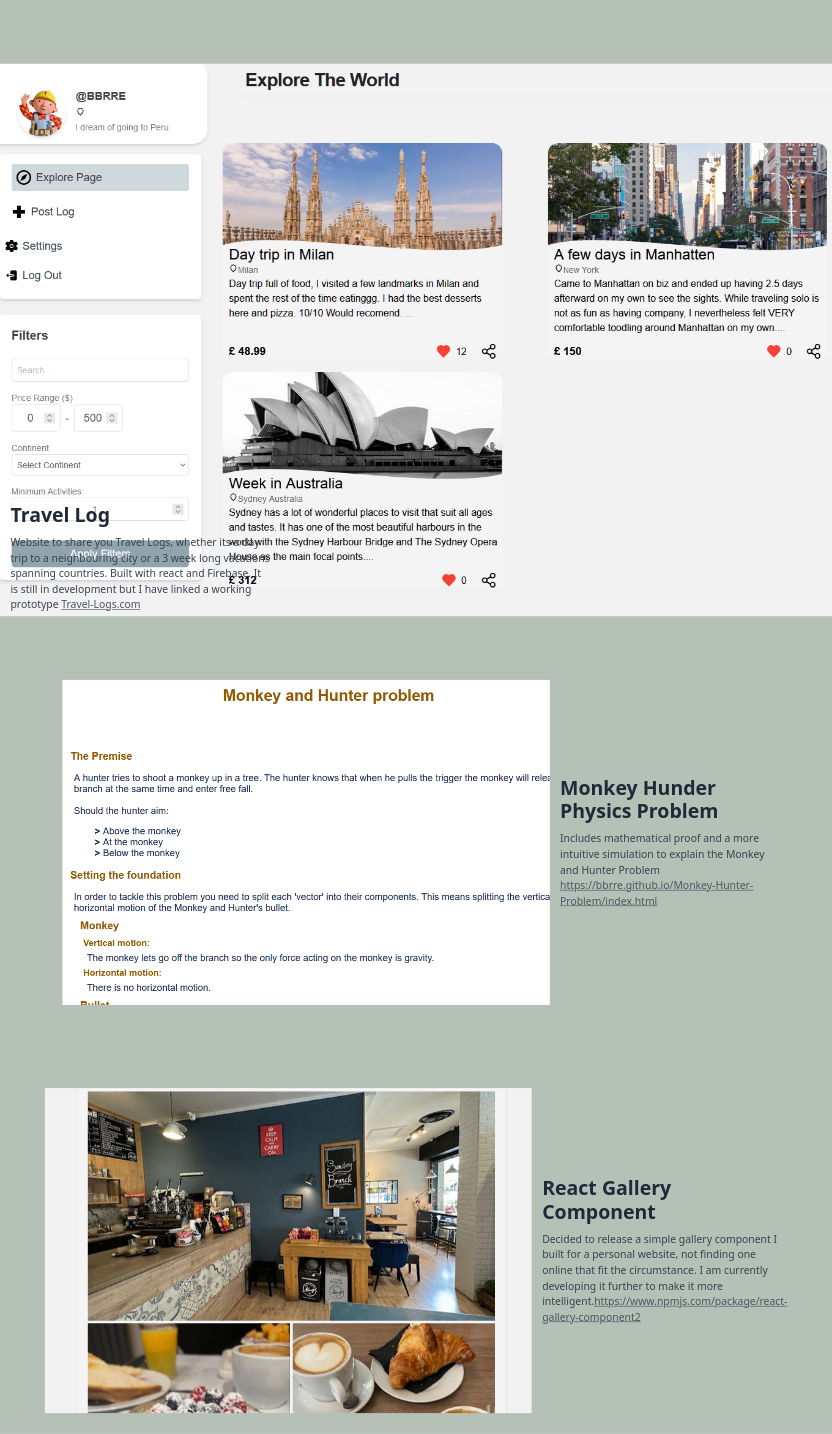
Repository: BBRRE/Portfolio-V2
Page: /#/Computer-Sci
These files come from the project's save history. The page is drawn as it stood at one moment and after the next save; the edit follows.
The browser window is 1280 px wide. The pictures show the whole page, at 65% of full size.
Some web fonts or font styles are not loaded; a fallback is used. The project was rebuilt for these pictures with package versions that can differ from the ones it lists, and the page was loaded fresh each time. Also part of the build but not shown: vite.config.js, src/Subjects/Archi.jsx, src/Subjects/EEng.jsx, src/Subjects/Other.jsx, src/Projects Overview.jsx, src/HomePage.jsx, src/ErrorBoundary.jsx.

Above is the page before, as saved 2024-11-29 09:00:32.

### index.html
<!doctype html>
<html lang="en">
  <head>
    <meta charset="UTF-8" />
    <link rel="icon" type="image/svg+xml" href="src\assets\letter-bb.svg" />
    <link href="https://fonts.googleapis.com/css2?family=Inconsolata&family=Italiana&family=Hubballi&family=Julius+Sans+One&display=swap" rel="stylesheet">
    <link rel="preconnect" href="https://fonts.googleapis.com" />
<link rel="preconnect" href="https://fonts.gstatic.com" crossorigin />
<link
  rel="stylesheet"
  href="https://fonts.googleapis.com/css2?family=Roboto:wght@300;400;500;700&display=swap"
/>
<link
  rel="stylesheet"
  href="https://fonts.googleapis.com/icon?family=Material+Icons"
/>

    <meta name="viewport" content="width=device-width, initial-scale=1.0" />
    <title>Bilaal Bare</title>
  </head>
  <body>
    <div id="root"></div>
    <script type="module" src="/src/main.jsx"></script>
  </body>
</html>

### src/main.jsx
import React from 'react'
import ReactDOM from 'react-dom/client'
import App from './App'
import ErrorBoundary from './ErrorBoundary'
import './index.css'

ReactDOM.createRoot(document.getElementById('root')).render(
  <React.StrictMode>
    <ErrorBoundary>
      <App />
    </ErrorBoundary>
  </React.StrictMode>
)

### src/App.jsx
import { HashRouter as Router, Routes, Route } from 'react-router-dom';
import Archi from './Subjects/Archi.jsx'
import CompSci from './Subjects/CompSci.jsx'
import EEng from './Subjects/EEng.jsx'
import Other from './Subjects/Other.jsx'
import { HomePage } from './HomePage'
import { useState, useEffect } from 'react'

function App() {
  useEffect(() => {
    console.log('App component mounted')
  }, [])

  return (
    <Router>
        <Routes>
          <Route path="/" element={<HomePage />} />
          <Route path="/Architecture" element={<Archi />} />
          <Route path="/Electronic-Eng" element={<EEng />} />
          <Route path="/Computer-Sci" element={<CompSci />} />
          <Route path="/Other" element={<Other />} />
        </Routes>
    </Router>
  )
}

export default App

### src/index.css
@tailwind base;
@tailwind components;
@tailwind utilities;

@layer utilities {
  .bg-dot-pattern {
    background-image: radial-gradient(circle, rgba(0, 0, 0, 0.2) 1px, transparent 1px);
    background-size: 50px 50px; /* Adjust the spacing here */
  }
}

### src/Subjects/CompSci.jsx
import React from 'react'
import cs from '../assets/aaaa.png'
import ph from '../assets/Monkey.png'
import tr from '../assets/tra.png'

const CompSci = () => {
  return (
    <div className='bg-[#B5C0B7] w-full h-auto min-h-screen grid grid-cols-1'>
      <div className='relative flex md:flex-row flex-col justify-center align-middle mx-auto mt-24'>
        <img src={cs} />
        <div className="absolute left-0 bottom-2 flex flex-col ml-4 gap-3 justify-center">
          <h2 className=" text-left text-xl md:text-2xl lg:text-3xl font-semibold text-gray-800">
            Travel Log
          </h2>
          <p className="text-gray-700 text-sm md:text-base leading-relaxed max-w-[400px]">
            Website to share you Travel Logs, whether its a day trip to a neighbouring city or a 3 week long vacations spanning countries. Built with react
            and Firebase. It is still in development but I have linked a working prototype <a href="https://Travel-Logs.com/" className='underline text-gray-600'>Travel-Logs.com</a>
          </p>
        </div>
      </div>

      <div className='flex md:flex-row flex-col justify-center align-middle w-[85%] h-[500px] mx-auto mt-24 mb-8'>
        <img src={ph} />
        <div className="flex flex-col ml-4 gap-3 justify-center">
          <h2 className=" text-left text-xl md:text-2xl lg:text-3xl font-semibold text-gray-800">
            Monkey Hunder Physics Problem
          </h2>
          <p className="text-gray-700 text-sm md:text-base leading-relaxed max-w-[400px]">
            Includes mathematical proof and a more intuitive simulation to explain the Monkey and Hunter Problem  <a href="https://bbrre.github.io/Monkey-Hunter-Problem/index.html" className='underline text-gray-600'>https://bbrre.github.io/Monkey-Hunter-Problem/index.html</a>
          </p>
        </div>
      </div>

      <div className='flex md:flex-row flex-col justify-center align-middle w-[85%] h-[500px] mx-auto mt-24 mb-8'>
        <img src={tr} />
        <div className="flex flex-col ml-4 gap-3 justify-center">
          <h2 className=" text-left text-xl md:text-2xl lg:text-3xl font-semibold text-gray-800">
            React Gallery Component
          </h2>
          <p className="text-gray-700 text-sm md:text-base leading-relaxed max-w-[400px]">
            Decided to release a simple gallery component I built for a personal website, not finding one online that fit the circumstance. I am currently developing it further to make it more intelligent.<a href="https://www.npmjs.com/package/react-gallery-component2" className='underline text-gray-600'>https://www.npmjs.com/package/react-gallery-component2</a>
          </p>
        </div>
      </div>

    </div>
  )
}

export default CompSci

### tailwind.config.js
/** @type {import('tailwindcss').Config} */
export default {
    darkMode: ["class"],
    content: ["index.css",
  "./src/**/*.{js,ts,jsx,tsx}",],
  theme: {
  	extend: {
  		backgroundImage: {
  			noise: "url('/src/assets/nnnoise.svg')",
  			undulate: "url('/src/assets/uuundulate.svg')"
  		},
  		fontFamily: {
  			inconsolata: ['Inconsolata', 'monospace'],
  			italiana: ['Italiana', 'serif'],
  			hubballi: ['Hubballi', 'cursive'],
  			julius: ['Julius Sans One"', 'sans-serif']
  		},
      keyframes: {
        fadeIn: {
          '0%': { opacity: '0' },
          '100%': { opacity: '1' },
        },
      }
  	}
  }
}

After the next save:
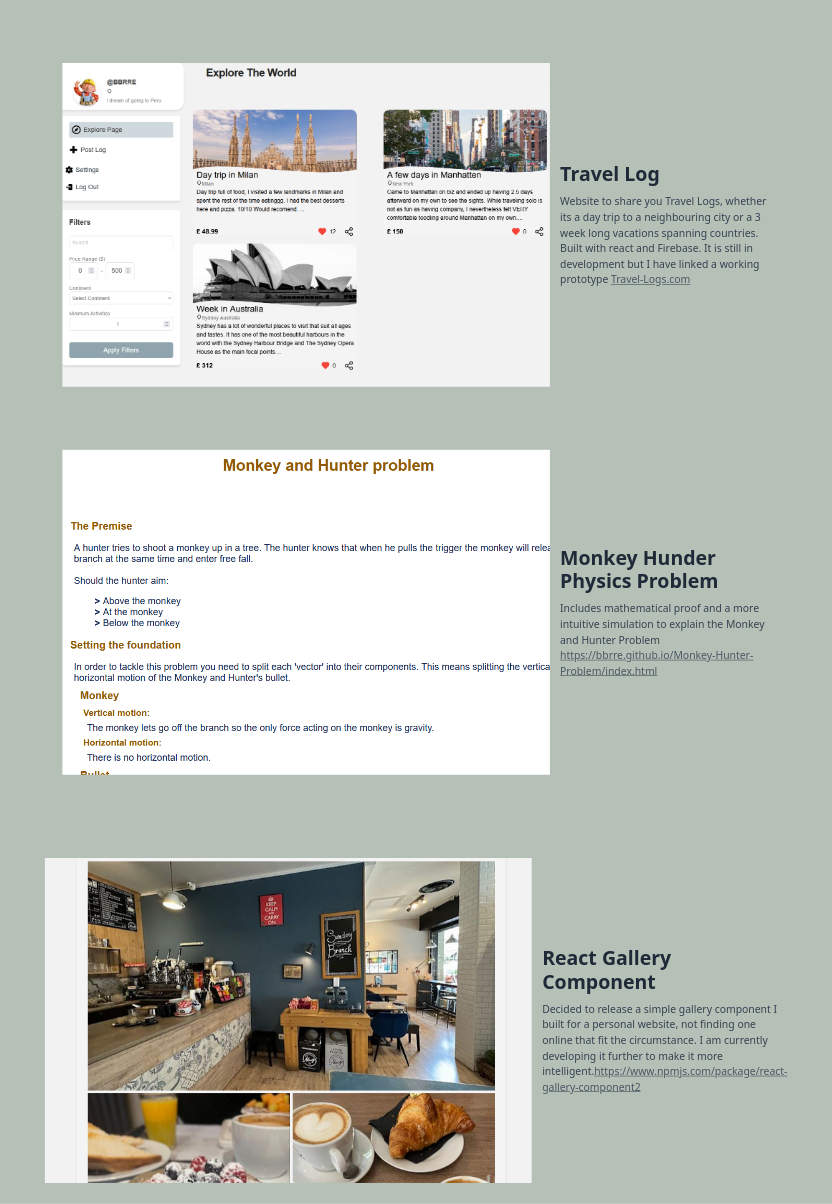
Saved 14 s later.
--- a/src/Subjects/CompSci.jsx
+++ b/src/Subjects/CompSci.jsx
@@ -6,9 +6,9 @@ import tr from '../assets/tra.png'
 const CompSci = () => {
   return (
     <div className='bg-[#B5C0B7] w-full h-auto min-h-screen grid grid-cols-1'>
-      <div className='relative flex md:flex-row flex-col justify-center align-middle mx-auto mt-24'>
+      <div className='flex md:flex-row flex-col justify-center align-middle w-[85%] h-[500px] mx-auto mt-24'>
         <img src={cs} />
-        <div className="absolute left-0 bottom-2 flex flex-col ml-4 gap-3 justify-center">
+        <div className="flex flex-col ml-4 gap-3 justify-center">
           <h2 className=" text-left text-xl md:text-2xl lg:text-3xl font-semibold text-gray-800">
             Travel Log
           </h2>
